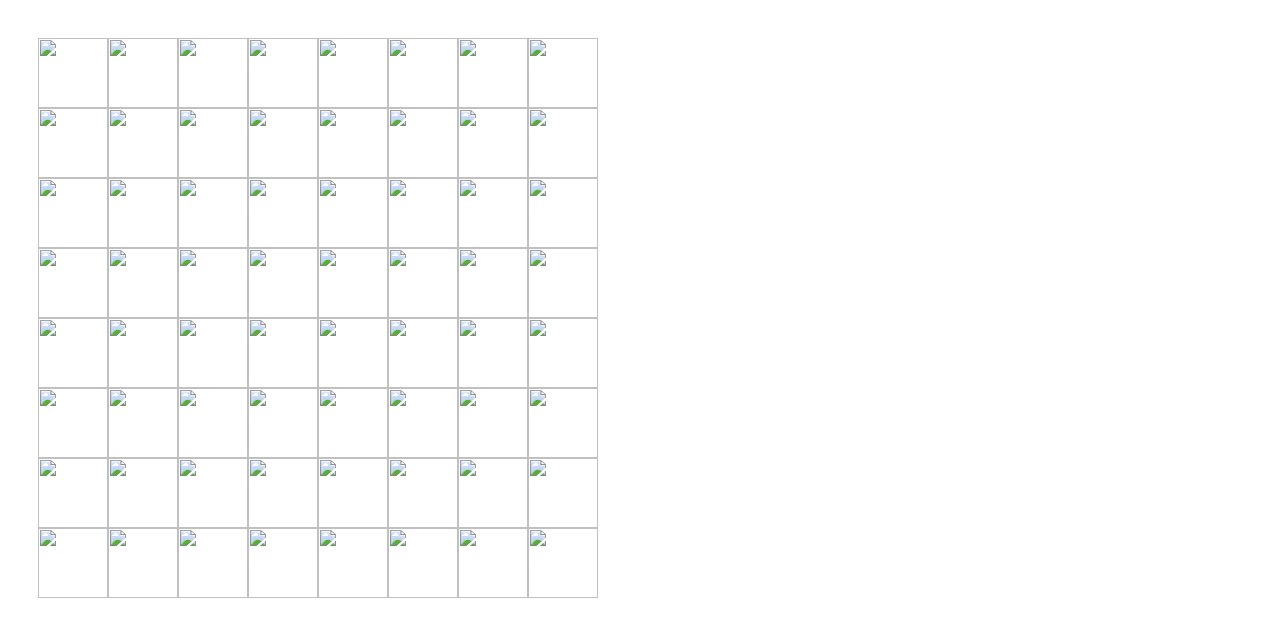
Repository: om1ars/javascript-candy-crush
Page: /
The author's editor kept a copy of each file at every save. The page is drawn from the files as they stood at one save, then again after a run of saves.
The browser window is 1280 px wide. The pictures show the whole page.
The project was rebuilt for these pictures with package versions that can differ from the ones it lists, and the page was loaded fresh each time.

Above is the page before, as saved 2022-01-06 04:13:02.

After the next 4 saves:
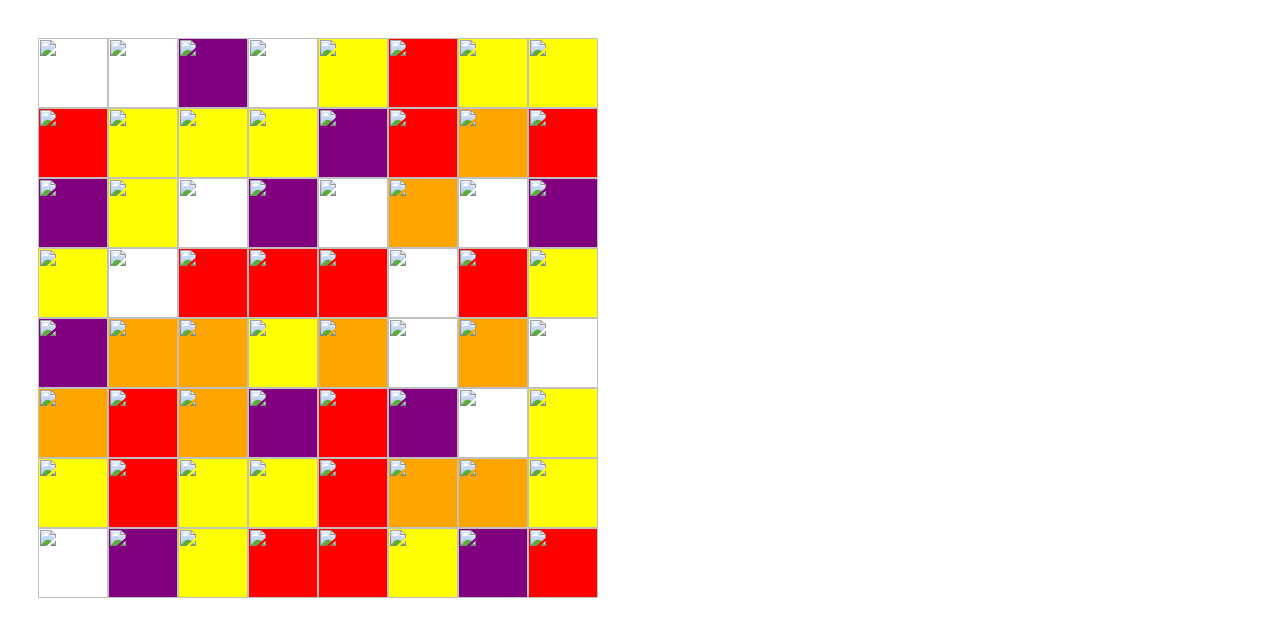
The 4 saves are shown as one change because 2 did not build or start and some came seconds apart.
The last was saved 4 min 14 s later.
--- a/src/App.js
+++ b/src/App.js
@@ -23,9 +23,11 @@ function App() {
 
   return (
     <div className="app">
-      <div className="game">{currentColor.map((candyColor, i) => (
-        <img src="" key={i}  />
-      ))}</div>
+      <div className="game">
+        {currentColor.map((candyColor, i) => (
+          <img src="" key={i} style={{ backgroundColor: candyColor }} />
+        ))}
+      </div>
     </div>
   );
 }
